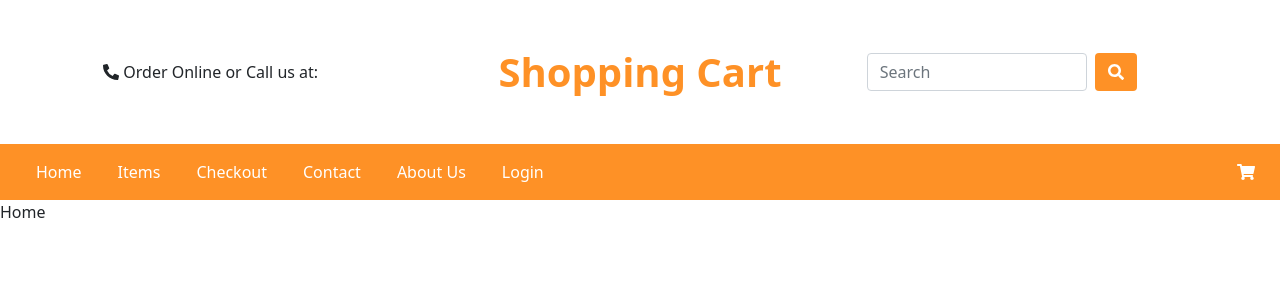
Repository: SaudCh/React-Ecommerce
Page: /
The author's editor kept a copy of each file at every save. The page is drawn from the files as they stood at one save, then again after the next save.
The browser window is 1280 px wide. The page is 1284 px wide, so the pictures cover 1284 px, including what lies to the right of the window. The pictures show the whole page.
The project was rebuilt for these pictures with package versions that can differ from the ones it lists, and the page was loaded fresh each time. Also part of the build but not shown: src/App.css.

Above is the page before, as saved 2021-12-05 12:46:06.

### src/App.js
import "./App.css";
import Header from "./Header/Header";
import "../node_modules/bootstrap/dist/css/bootstrap.min.css";
import "../node_modules/bootstrap/dist/js/bootstrap.bundle.min";
import { BrowserRouter, Switch, Route } from "react-router-dom";

function App() {
  return (
    <BrowserRouter>
      <Header />
      <Switch>
        <Route path="/" exact>
          <div>Home</div>
        </Route>
      </Switch>
    </BrowserRouter>
  );
}

export default App;

### src/Header/Header.jsx
import {
  faPhoneAlt,
  faSearch,
  faShoppingCart,
} from "@fortawesome/free-solid-svg-icons";
import { FontAwesomeIcon } from "@fortawesome/react-fontawesome";
import React from "react";
import { Link } from "react-router-dom";
import "./Header.css";

export default function Header() {
  return (
    <div>
      <nav className="cotainer-fluid m-2 my-5">
        <div className="row align-items-center">
          <div className="col-12 col-md-4 text-center ">
            <p className="m-0 p-0">
              <FontAwesomeIcon icon={faPhoneAlt} /> Order Online or Call us at:{" "}
            </p>
          </div>
          <div className="col-12 col-md-4 text-center">
            <p className="m-0 fw-bold h1" style={{ color: "#fe9126" }}>
              Shopping Cart
            </p>
          </div>
          <div className="col-12 col-md-4 text-center">
            <form class="d-flex col-12 col-lg-8">
              <input
                class="form-control me-2"
                type="search"
                placeholder="Search"
                aria-label="Search"
              />
              <button
                class="btn text-white"
                style={{ backgroundColor: "#fe9126" }}
                type="submit"
              >
                <FontAwesomeIcon icon={faSearch} />
              </button>
            </form>
          </div>
        </div>
      </nav>
      <nav
        class="navbar navbar-expand-md navbar-dark"
        style={{ backgroundColor: "#fe9126" }}
      >
        <div class="container-fluid">
          <Link class="navbar-brand" href="#"></Link>

          <button
            class="navbar-toggler"
            type="button"
            data-bs-toggle="collapse"
            data-bs-target="#navbarSupportedContent"
            aria-controls="navbarSupportedContent"
            aria-expanded="false"
            aria-label="Toggle navigation"
          >
            <span class="navbar-toggler-icon"></span>
          </button>
          <div class="collapse navbar-collapse" id="navbarSupportedContent">
            <ul class="navbar-nav me-auto mb-2 mb-lg-0 nav-ul">
              <li class="nav-item">
                <Link class="nav-link  text-white" aria-current="page" to="#">
                  Home
                </Link>
              </li>
              <li class="nav-item">
                <Link class="nav-link  text-white" to="#">
                  Items
                </Link>
              </li>

              <li class="nav-item">
                <Link
                  class="nav-link text-white"
                  to="#"
                  tabindex="-1"
                  aria-disabled="true"
                >
                  Checkout
                </Link>
              </li>
              <li class="nav-item">
                <Link
                  class="nav-link text-white"
                  to="#"
                  tabindex="-1"
                  aria-disabled="true"
                >
                  Contact
                </Link>
              </li>
              <li class="nav-item">
                <Link
                  class="nav-link text-white"
                  to="#"
                  tabindex="-1"
                  aria-disabled="true"
                >
                  About Us
                </Link>
              </li>
              <li class="nav-item">
                <Link
                  class="nav-link text-white"
                  to="#"
                  tabindex="-1"
                  aria-disabled="true"
                >
                  Login
                </Link>
              </li>
            </ul>
            <button className="btn text-white">
              <FontAwesomeIcon icon={faShoppingCart} />
            </button>
          </div>
        </div>
      </nav>
    </div>
  );
}

### src/Header/Header.css
.nav-ul li {
  margin-right: 20px;
}

Loaded but not shown: public/index.html (common file); src/index.js (common file); src/reportWebVitals.js (common file)

After the next save:
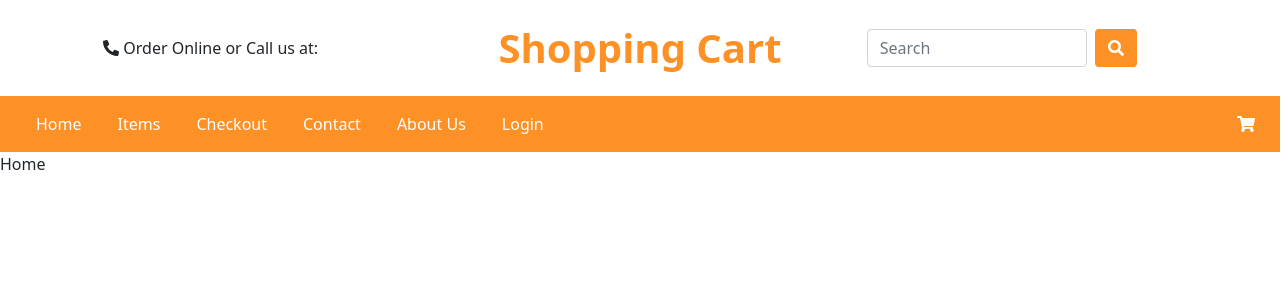
Saved 5 s later.
--- a/src/Header/Header.jsx
+++ b/src/Header/Header.jsx
@@ -11,7 +11,7 @@ import "./Header.css";
 export default function Header() {
   return (
     <div>
-      <nav className="cotainer-fluid m-2 my-5">
+      <nav className="cotainer-fluid m-2 my-4">
         <div className="row align-items-center">
           <div className="col-12 col-md-4 text-center ">
             <p className="m-0 p-0">
